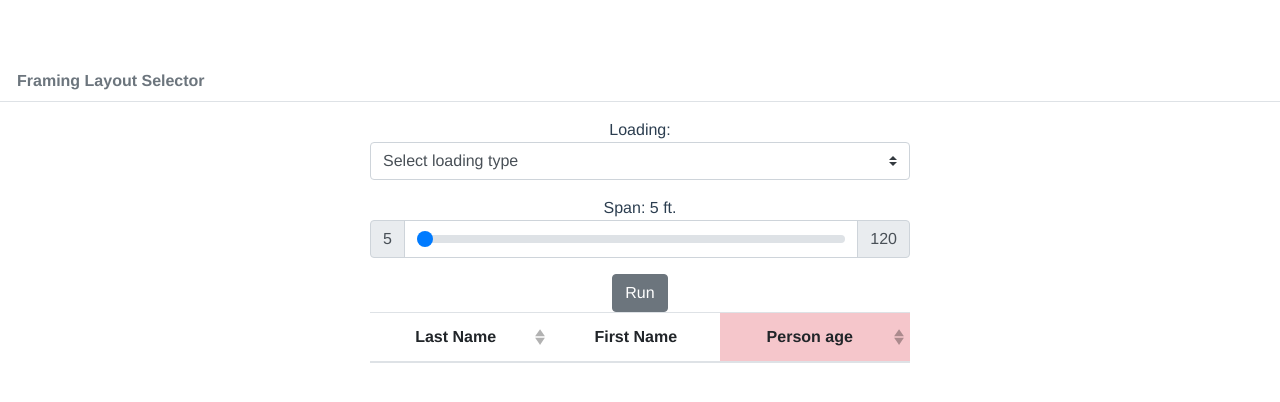
Repository: kanwarjohal/framingconceptclient
Page: /
These files come from the project's save history. The page is drawn as it stood at one moment and after the next save; the edit follows.
The browser window is 1280 px wide. The pictures show the whole page.
The page's requests for data from a server got no answer. The project was rebuilt for these pictures with package versions that can differ from the ones it lists, and the page was loaded fresh each time. No one was signed in, and anything a server would have sent is missing.

Above is the page before, as saved 2020-04-10 01:23:30.

### src/main.js
import Vue from 'vue'
import App from './App.vue'
import { BootstrapVue} from 'bootstrap-vue'
import 'bootstrap/dist/css/bootstrap.css'
import 'bootstrap-vue/dist/bootstrap-vue.css'
import axios from 'axios'
import VueAxios from 'vue-axios'

// Install BootstrapVue
Vue.use(BootstrapVue)
Vue.prototype.$http = axios

Vue.config.productionTip = false

new Vue({
  render: h => h(App),
}).$mount('#app')

### src/components/Header.vue
<template>
    <div>
        <b-nav tabs>
            <b-nav-item disabled><b>Framing Layout Selector</b></b-nav-item>
        </b-nav>
    </div>
</template>

### src/components/LoadingType.vue


<template>
<div>
    <!-- <div class="mt-3">Building Type:</div>
    <div>
    <b-form-select v-model="selected_building">
        <option value="Select building">Select building type.</option>
        <option :value="l.loading_type" v-for="l in firstliveload" :key="l.loading">{{l.loading_type}}</option>
    </b-form-select>
    </div> -->
    <div class="mt-3">Loading:</div>
    <div>
    <b-form-select v-model="selected_loading">
        <option value="Select loading">Select loading type</option>
        <option :value="[l.occupancy, l.use, l.uniformloadpsf]" v-for="l in firstliveload">{{l.occupancy +" "+ l.use +" : "+ l.uniformloadpsf}} psf </option>
    </b-form-select>
    </div>
    <div class="mt-3">Span: {{ input_span }} ft.</div>
    <!-- <div id="app">
        <input id="my-field" v-model="input_span">
    </div> -->
    <div>
        <b-input-group prepend="5" append="120">
        <b-form-input type="range" min="5" max="120" v-model="input_span"></b-form-input>
        </b-input-group>
    </div>
    <div class="mt-3">
        <b-button v-on:click="postPost">Run</b-button>
    </div>
    <div>
    <b-table striped hover :items="hollowcoreitems" :fields="fields"></b-table>
    </div>
</div>
</template>


<script>
import axios from 'axios'
    export default {
        data(){
                return{selected_loading:"Select loading",
                selected_building:"Select building",
                input_span:"5", hollowcoreitems:[],
                fields: [
                {
                key: 'last_name',
                sortable: true
                },
                {
                key: 'first_name',
                sortable: false
                },
                {
                key: 'age',
                label: 'Person age',
                sortable: true,
                // Variant applies to the whole column, including the header and footer
                variant: 'danger'
                }
                ],
                }
        },
        props: {
            firstliveload: Array
        },
        methods: {
            postPost: function() {
                axios({
                    method: 'post',
                    url: 'https://strukanwar.herokuapp.com/framingrequest',
                    data: { userinput: this.selected_loading,
                            span: this.input_span
                    }
                }).then((response) => {
                    console.log(response.data)
                    this.hollowcoreitems = response.data
                })
            }
        }
    }
</script>

//    .then((response) => {
//                 return response.json()
//             })
//             .then((jsonData) => {
//                 this.framingresponse = jsonData.framingresponse;
//             })

Loaded but not shown: public/index.html (common file); src/App.vue (common file)

After the next save:
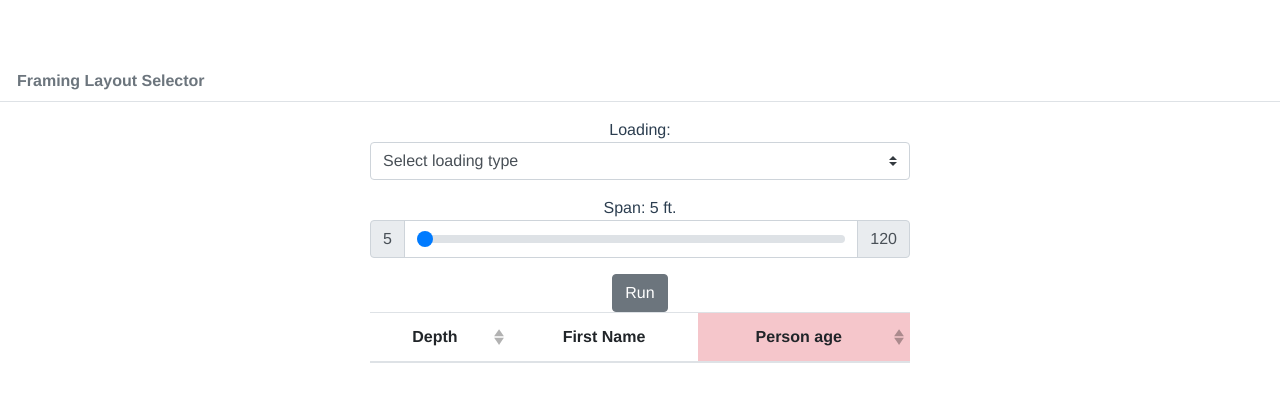
Saved 98 s later.
--- a/src/components/LoadingType.vue
+++ b/src/components/LoadingType.vue
@@ -44,7 +44,7 @@ import axios from 'axios'
                 input_span:"5", hollowcoreitems:[],
                 fields: [
                 {
-                key: 'last_name',
+                key: 'depth',
                 sortable: true
                 },
                 {
